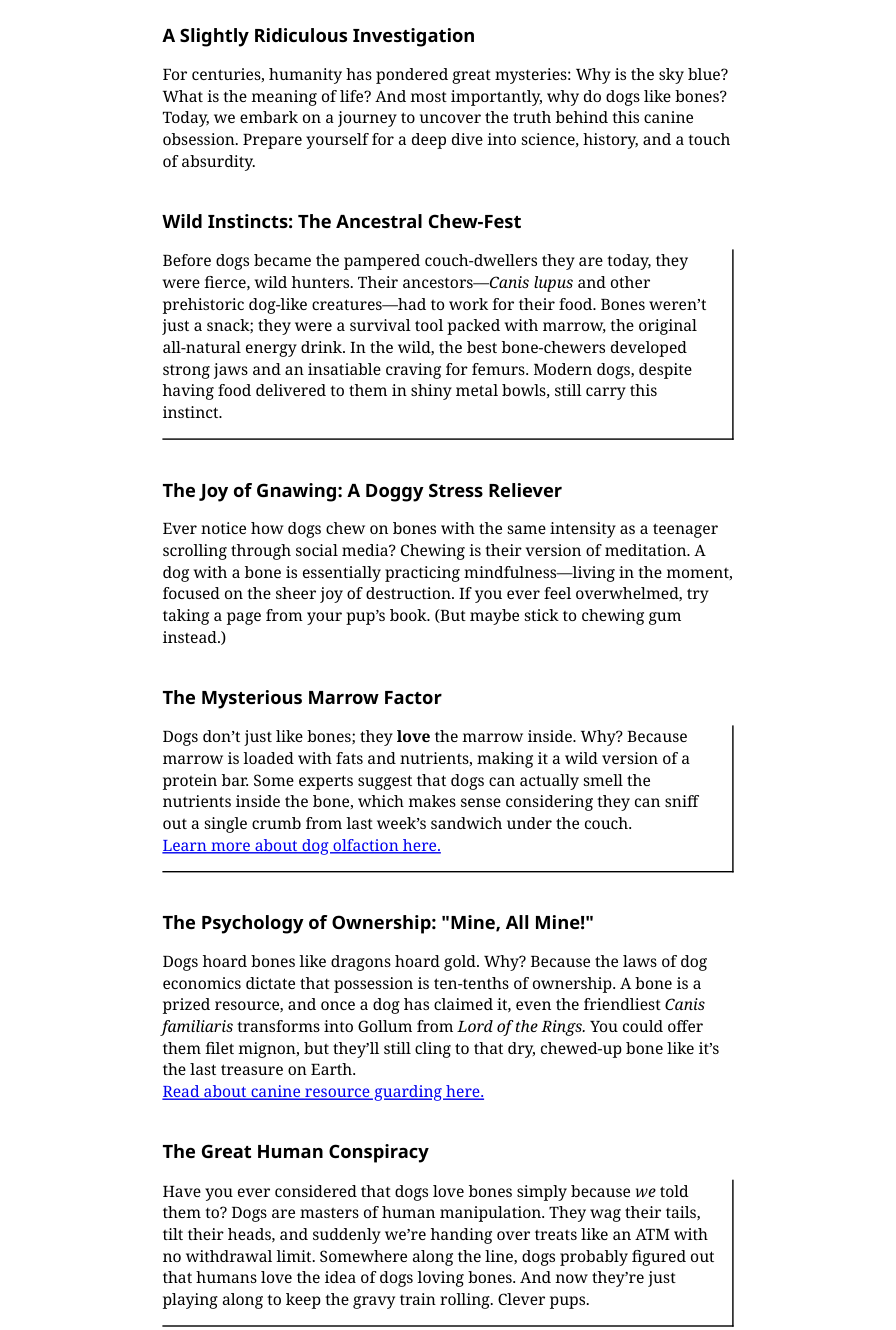
Repository: Leith-vdl/apprentice-challenge-1
Page: index.html
An editor plug-in stored every save of this project. The page is shown before and after the next save, followed by the edit.
The browser window is 1280 px wide. The pictures show the part of the page from y = 95 to 1995 px (the page is 2335 px tall before and 2408 px after), at 70% of full size.
A picture or video elsewhere on the page could not be fetched, so the positions and the page height are approximate.

Above is the page before, as saved 2025-01-31 16:01:49.

### index.html
<!DOCTYPE html>
<html lang="en">
<head>
    <meta charset="UTF-8">
    <meta name="viewport" content="width=device-width, initial-scale=1.0">
    <title>Why Dogs Love Bones</title>
    <link rel="stylesheet" href="styles/styles.css">
</head>
<body>
    <header class="page-header">
        <img src="/img/giphy.gif" alt="bone gif" class="bone-gif">
        <h1 class="page-header-title">
            Why Dogs Love Bones
        </h1>
    </header>
    <main>
        <section class="">
            <h3 class="section-title">A Slightly Ridiculous Investigation</h3>
            <p class="section-main-text1">
                For centuries, humanity has pondered great mysteries: Why is the sky blue? What is the
                meaning of life? And most importantly, why do dogs like bones? Today, we embark on a
                journey to uncover the truth behind this canine obsession. Prepare yourself for a deep dive into
                science, history, and a touch of absurdity.
            </p>
        </section>
        <section>
            <h3 class="section-title">Wild Instincts: The Ancestral Chew-Fest</h3>
            <p class="section-main-text">
                Before dogs became the pampered couch-dwellers they are today, they were fierce, wild
                hunters. Their ancestors—<i>Canis lupus</i> and other prehistoric dog-like creatures—had to work for
                their food. Bones weren’t just a snack; they were a survival tool packed with marrow, the
                original all-natural energy drink. In the wild, the best bone-chewers developed strong jaws
                and an insatiable craving for femurs. Modern dogs, despite having food delivered to them in
                shiny metal bowls, still carry this instinct.
            </p>
        </section>
        <section>
            <h3 class="section-title">The Joy of Gnawing: A Doggy Stress Reliever</h3>
            <p class="section-main-text1">
                Ever notice how dogs chew on bones with the same intensity as a teenager scrolling through
                social media? Chewing is their version of meditation. A dog with a bone is essentially practicing
                mindfulness—living in the moment, focused on the sheer joy of destruction. If you ever feel
                overwhelmed, try taking a page from your pup’s book. (But maybe stick to chewing gum
                instead.)
            </p>
        </section>
        <section>
            <h3 class="section-title">The Mysterious Marrow Factor</h3>
            <p class="section-main-text">
                Dogs don’t just like bones; they <b>love</b> the marrow inside. Why? Because marrow is loaded with
                fats and nutrients, making it a wild version of a protein bar. Some experts suggest that dogs
                can actually smell the nutrients inside the bone, which makes sense considering they can sniff
                out a single crumb from last week’s sandwich under the couch.<br>
                <a href="https://vcahospitals.com/know-your-pet/how-dogs-use-smell-to-perceive-the-world" target="_blank">Learn more about dog olfaction here.</a>
            </p>
        </section>
        <section>
            <h3 class="section-title">The Psychology of Ownership: "Mine, All Mine!"</h3>
            <p class="section-main-text1">
                Dogs hoard bones like dragons hoard gold. Why? Because the laws of dog economics dictate
                that possession is ten-tenths of ownership. A bone is a prized resource, and once a dog has
                claimed it, even the friendliest <i>Canis familiaris</i> transforms into Gollum from <i>Lord of the Rings.</i>
                You could offer them filet mignon, but they’ll still cling to that dry, chewed-up bone like it’s the
                last treasure on Earth.<br>
                <a href="https://www.battersea.org.uk/pet-advice/dog-advice/dealing-resource-guarding?gad_source=1&gclid=Cj0KCQiAhvK8BhDfARIsABsPy4h3CRlVVPVANZfAc-HngzDTwKg5KUgeNuAmZD8EIJDuwS7ktlBpRYQaAjNyEALw_wcB" target="_blank">Read about canine resource guarding here.</a>
            </p>
        </section>
        <section>
            <h3 class="section-title">The Great Human Conspiracy</h3>
            <p class="section-main-text">
                Have you ever considered that dogs love bones simply because <i>we</i> told them to? Dogs are
                masters of human manipulation. They wag their tails, tilt their heads, and suddenly we’re
                handing over treats like an ATM with no withdrawal limit. Somewhere along the line, dogs
                probably figured out that humans love the idea of dogs loving bones. And now they’re just
                playing along to keep the gravy train rolling. Clever pups.
            </p>
        </section>
        <section>
            <h3 class="section-title1">Conclusion: The Bone-Afide Truth</h3>
            <p class="section-main-text">
                So why do dogs love bones? Wild instincts, stress relief, nutrition, ownership instincts, and
                possibly a grand canine conspiracy. Whether it’s a remnant of their <i>Canis lupus</i> ancestry or an
                elaborate ruse, one thing is clear: dogs and bones are a match made in heaven. And honestly,
                who can blame them?
            </p>
        </section>
    </main>
    <footer class="page-footer">
        <p>
            <a href="https://en.wikipedia.org/wiki/Dog_behavior" target="_blank">Further reading on canine behavior.</a>
        </p>
    </footer>
</body>
</html>

### styles/styles.css
body {
    font-size: 1.4em;
    font-family: Georgia, 'Times New Roman', Times, serif
}

main {
    margin: 0 10em;
}

img.bone-gif, h1.page-header-title {
    width: 4em;
    height: auto;
    display: inline;
    vertical-align: middle;
}

header.page-header, footer.page-footer {
    margin: 0 0 0 2em;
}

h1.page-header-title, h3.section-title {
    font-family: 'Segoe UI', Tahoma, Geneva, Verdana, sans-serif;
    margin-bottom: 0.2em;
}

h3.section-title {
    margin-top: 2em;
}

p.section-main-text

p.section-main-text1 {
    padding: 0 0 1em 1em;
    border-bottom: 2px solid black;
    border-left: 2px solid black;
}

p.section-main-text {
    padding: 0 1em 1em 0;
    border-bottom: 2px solid black;
    border-right: 2px solid black;
}

After the next save:
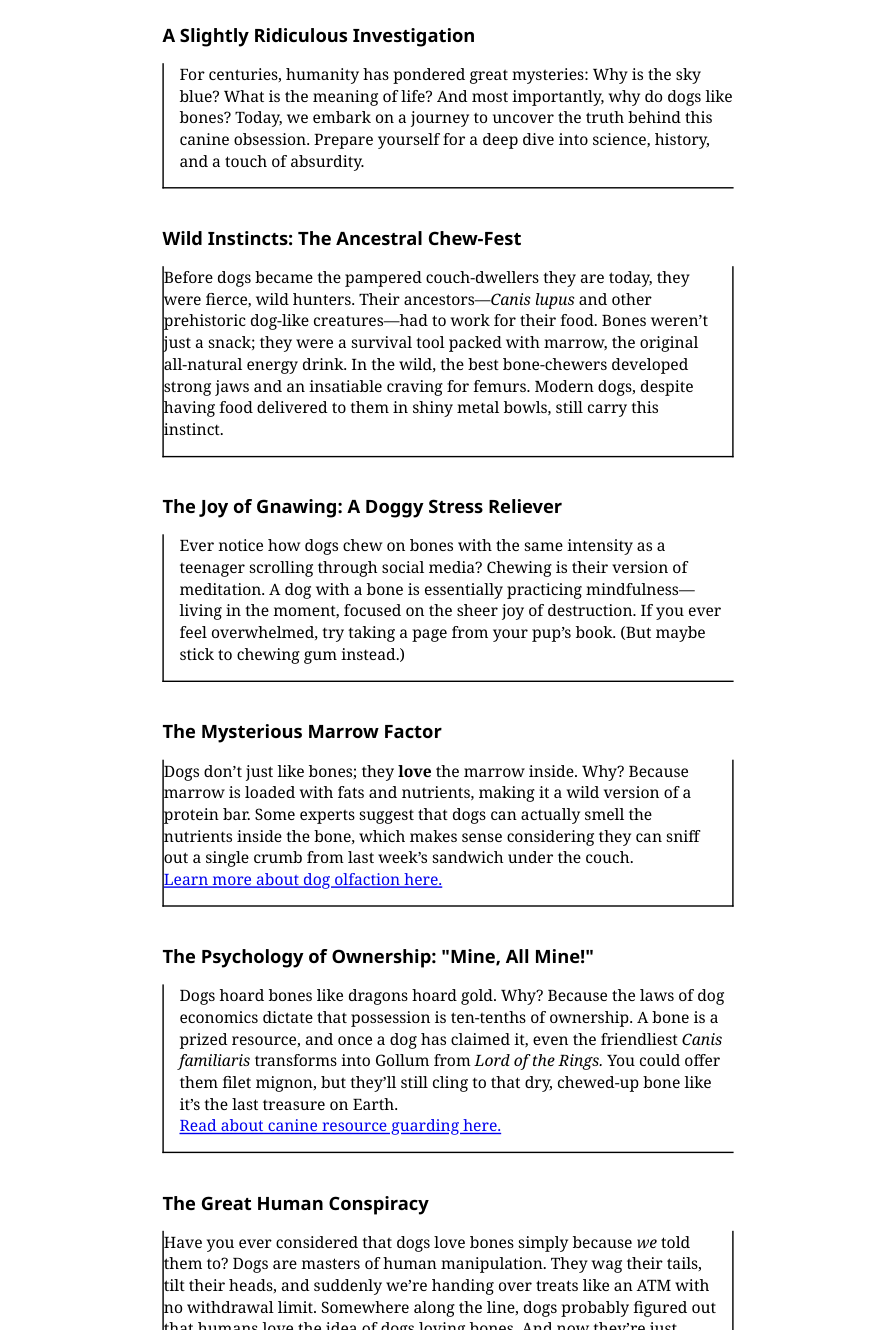
Saved 10 s later.
--- a/styles/styles.css
+++ b/styles/styles.css
@@ -27,7 +27,7 @@ h3.section-title {
     margin-top: 2em;
 }
 
-p.section-main-text
+p.section-main-text, p.section-main-text,
 
 p.section-main-text1 {
     padding: 0 0 1em 1em;
